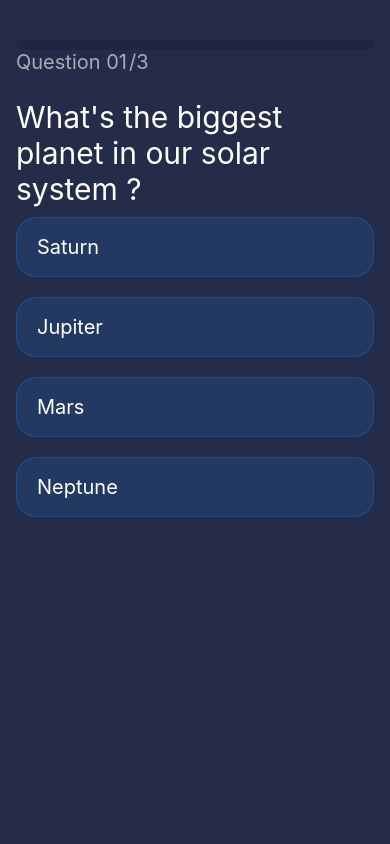
Repository: ds-mbappe/Quiz
Screen: /
An editor plug-in stored every save of this project. The screen is shown before and after the next save, followed by the edit.
The app was drawn by React Native's web renderer in a window 390 px wide. The project was rebuilt for these pictures with package versions that can differ from the ones it lists, and the page was loaded fresh each time.

Above is the screen before, as saved 2022-05-28 23:45:54.

After the next save:
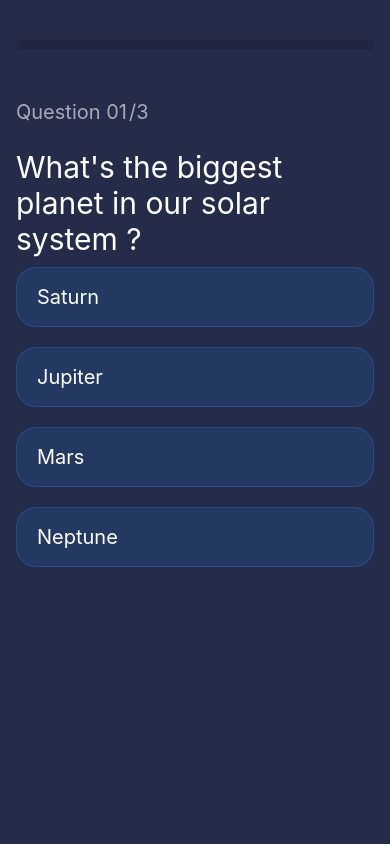
Saved 104 s later.
--- a/screens/Quiz.js
+++ b/screens/Quiz.js
@@ -247,5 +247,6 @@ const styles = StyleSheet.create({
   questions: {
     flexDirection: 'row',
     alignItems: 'flex-end',
+    marginTop: 50
   }
 })
